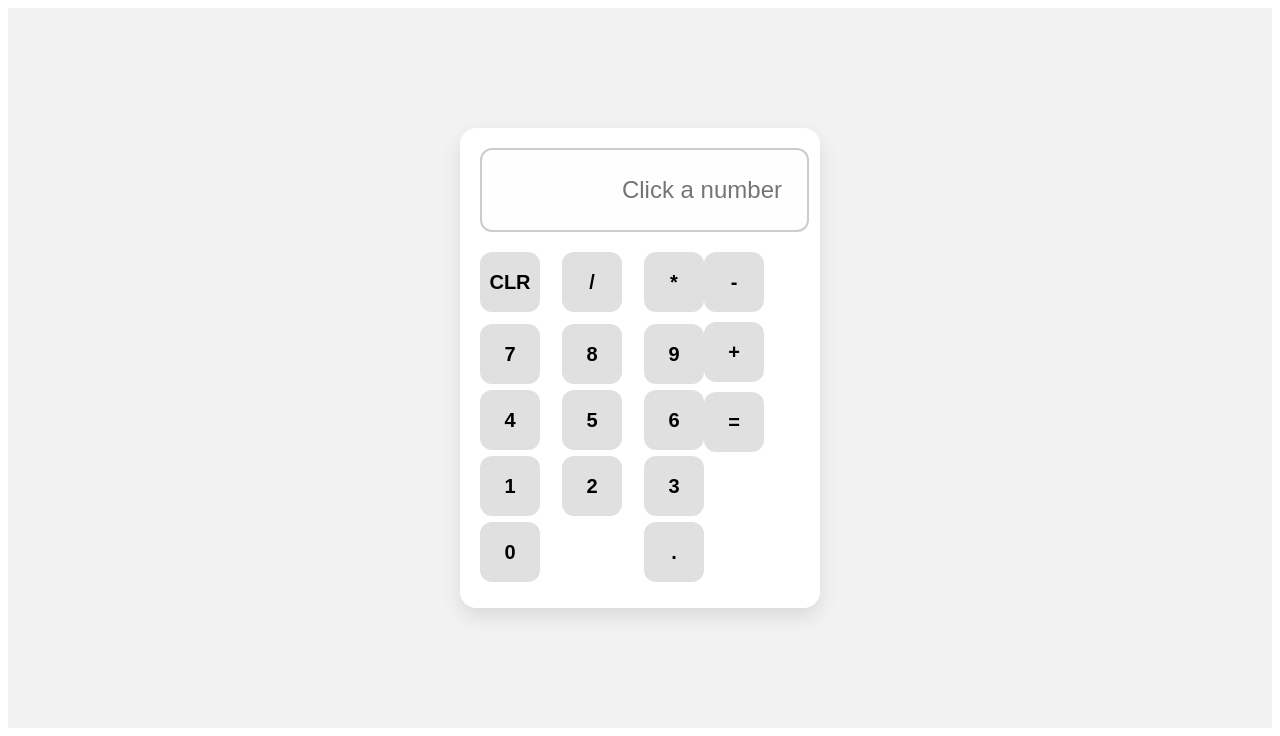
Repository: Marivic-SLRS/ReactJS-Basic-Calculator
Page: /
The author's editor kept a copy of each file at every save. The page is drawn from the files as they stood at one save, then again after the next save.
The browser window is 1280 px wide. The pictures show the whole page.
The project was rebuilt for these pictures with package versions that can differ from the ones it lists, and the page was loaded fresh each time.

Above is the page before, as saved 2025-07-30 17:45:40.

After the next save:
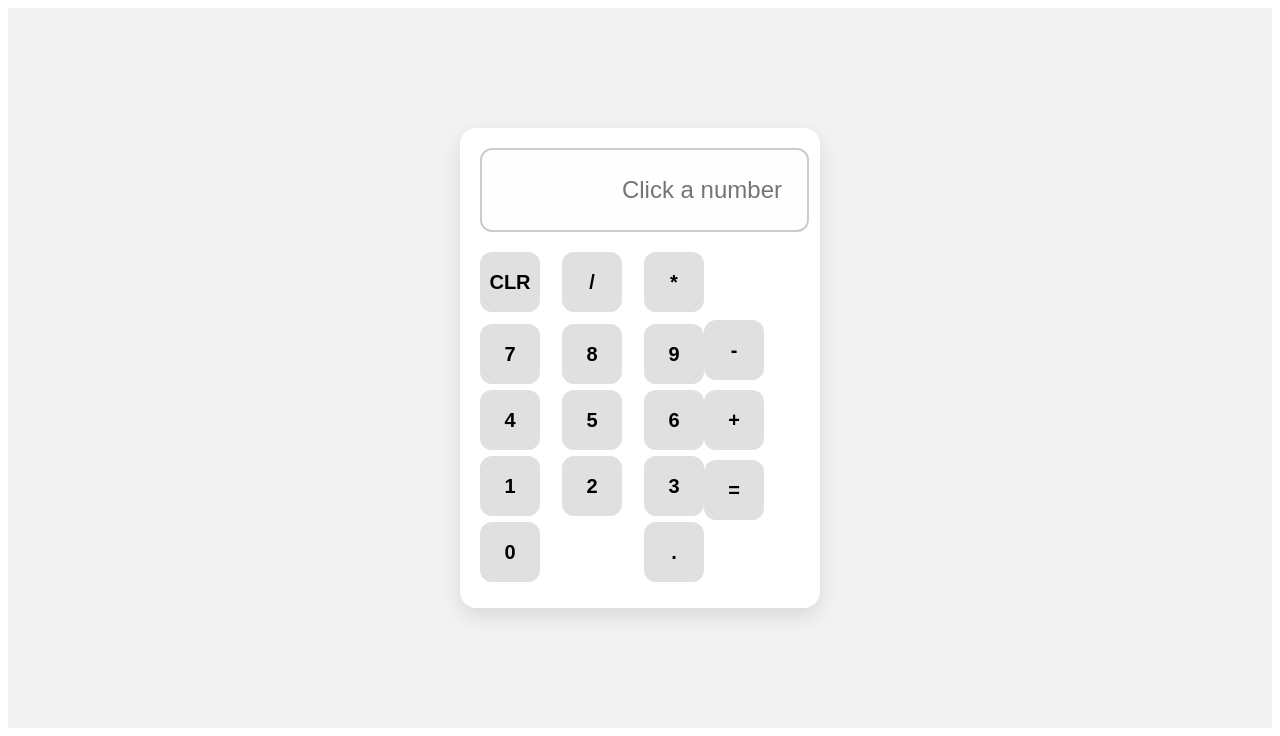
Saved 4 s later.
--- a/src/Assets/Calculator.css
+++ b/src/Assets/Calculator.css
@@ -54,7 +54,7 @@
   display: flex;
   flex-direction: column;
   gap: 10px;
-  margin
+  margin: auto;
 
 }
 

After the save that followed:
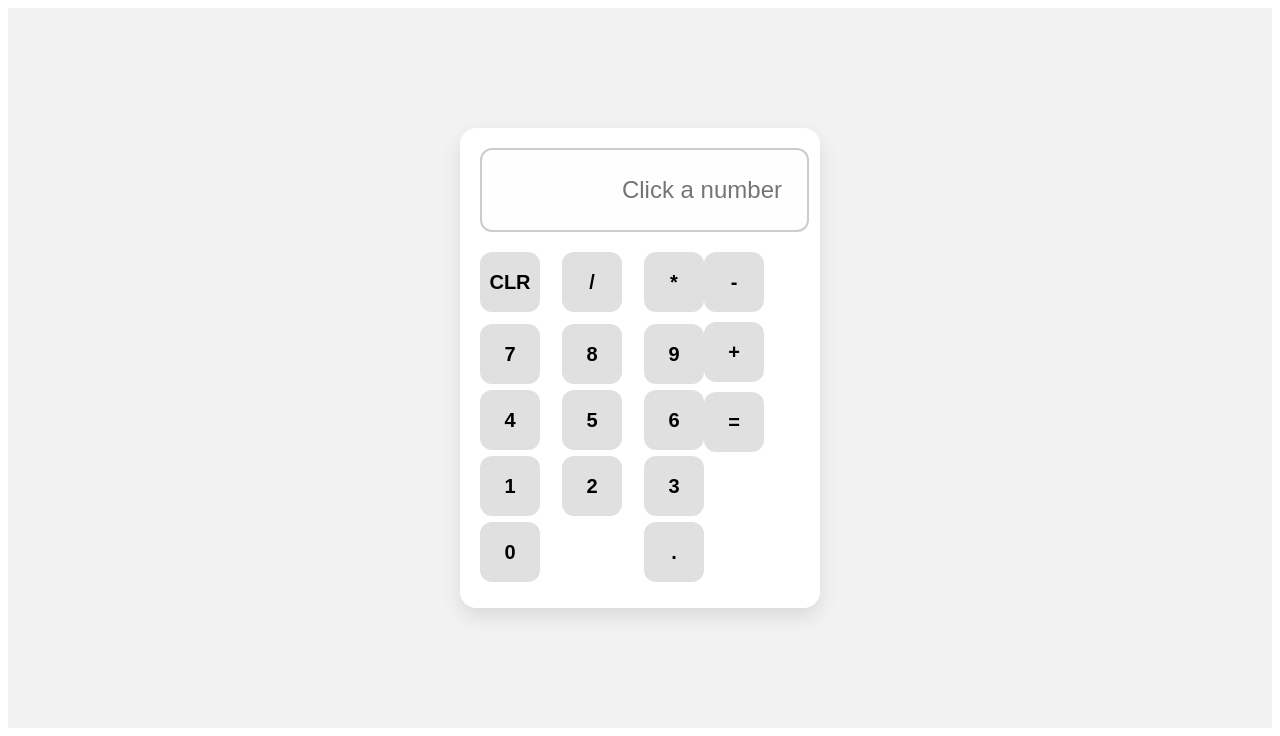
Saved 6 s later.
--- a/src/Assets/Calculator.css
+++ b/src/Assets/Calculator.css
@@ -54,7 +54,7 @@
   display: flex;
   flex-direction: column;
   gap: 10px;
-  margin: auto;
+  margin: 0 auto;
 
 }
 
